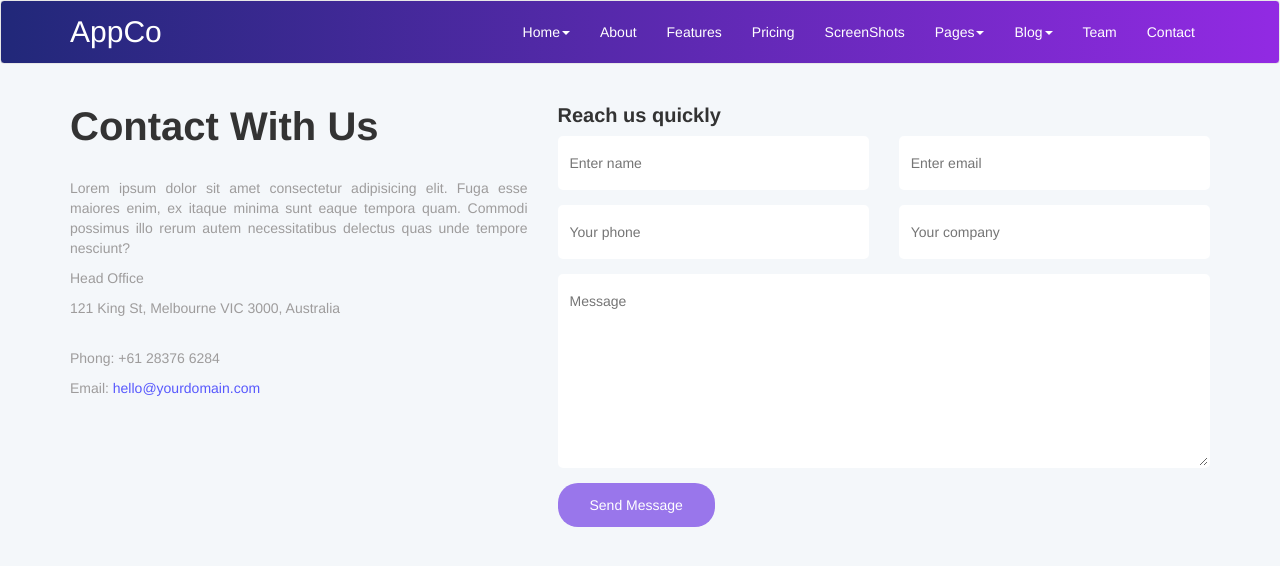
Repository: kaza1509/checkform
Page: index.html
These files come from the project's save history. The page is drawn as it stood at one moment and after the next save; the edit follows.
The browser window is 1280 px wide. The pictures show the whole page.

Above is the page before, as saved 2021-12-08 19:32:31.

### index.html
<!DOCTYPE html>
<html lang="en">
<head>
    <meta charset="UTF-8">
    <meta http-equiv="X-UA-Compatible" content="IE=edge">
    <meta name="viewport" content="width=device-width, initial-scale=1.0">
    <link rel="stylesheet" href="main.css">

    <link rel="shortcut icon" href="https://github.githubassets.com/pinned-octocat.svg" type="image/x-icon">

    <link rel="stylesheet" href="https://maxcdn.bootstrapcdn.com/bootstrap/3.3.7/css/bootstrap.min.css" integrity="sha384-BVYiiSIFeK1dGmJRAkycuHAHRg32OmUcww7on3RYdg4Va+PmSTsz/K68vbdEjh4u" crossorigin="anonymous">

    <link href="//fonts.googleapis.com/css?family=Roboto:300,400,700&subset=vietnamese" rel="stylesheet">

    <title>AppCo</title>
</head>
<body>

    <nav class="navbar navbar-default header">
        <div class="container" id="modi">
          <!-- Brand and toggle get grouped for better mobile display -->
          <div class="navbar-header">
            <button type="button" class="navbar-toggle collapsed" data-toggle="collapse" data-target="#bs-example-navbar-collapse-1" aria-expanded="false">
              <span class="sr-only">Toggle navigation</span>
              <span class="icon-bar"></span>
              <span class="icon-bar"></span>
              <span class="icon-bar"></span>
            </button>
            <a class="navbar-brand" id="logo" href="#">AppCo</a>
          </div>

          <!-- Collect the nav links, forms, and other content for toggling -->
          <div class="collapse navbar-collapse" id="bs-example-navbar-collapse-1">
            <ul class="nav navbar-nav navbar-right">
              <li class="dropdown">
                <a href="#" class="dropdown-toggle" data-toggle="dropdown" role="button" aria-haspopup="true" aria-expanded="false">Home<span class="caret"></span></a>
                <ul class="dropdown-menu">
                  <li><a href="#">Action</a></li>
                  <li><a href="#">Another action</a></li>
                  <li><a href="#">Something else here</a></li>
                  <li role="separator" class="divider"></li>
                  <li><a href="#">Separated link</a></li>
                </ul>
              </li>

              <li ><a href="#">About</a></li>
              <li><a href="#">Features</a></li>
              <li><a href="#">Pricing</a></li>
              <li><a href="#">ScreenShots</a></li>

              <li class="dropdown">
                <a href="#" class="dropdown-toggle" data-toggle="dropdown" role="button" aria-haspopup="true" aria-expanded="false">Pages<span class="caret"></span></a>
                <ul class="dropdown-menu">
                  <li><a href="#">Action</a></li>
                  <li><a href="#">Another action</a></li>
                  <li><a href="#">Something else here</a></li>
                  <li role="separator" class="divider"></li>
                  <li><a href="#">Separated link</a></li>
                </ul>
              </li>

              <li class="dropdown">
                <a href="#" class="dropdown-toggle" data-toggle="dropdown" role="button" aria-haspopup="true" aria-expanded="false">Blog<span class="caret"></span></a>
                <ul class="dropdown-menu">
                  <li><a href="#">Action</a></li>
                  <li><a href="#">Another action</a></li>
                  <li><a href="#">Something else here</a></li>
                  <li role="separator" class="divider"></li>
                  <li><a href="#">Separated link</a></li>
                </ul>
              </li>

              <li><a href="#">Team</a></li>
              <li><a href="#">Contact</a></li>

            </ul>
          </div><!-- /.navbar-collapse -->
        </div><!-- /.container-fluid -->
    </nav>

    <div class="container content">
        <div class="row">
            <div class="col-sm-5">
                <h1>Contact With Us</h1>
                <br>
                <p>Lorem ipsum dolor sit amet consectetur adipisicing elit. Fuga esse maiores enim, ex itaque minima sunt eaque tempora quam. Commodi possimus illo rerum autem necessitatibus delectus quas unde tempore nesciunt?</p>
                <p>Head Office</p>
                <p>121 King St, Melbourne VIC 3000, Australia</p>
                <br>
                <p>Phong: +61 28376 6284</p>
                <p>
                    <span>Email: </span>
                    <span style="color: rgba(0, 0, 255, 0.644);">hello@yourdomain.com</span>
                </p>
            </div>

            <div class="col-sm-7">
                <div class="row">
                    <div class="col-sm-12">
                        <h4>Reach us quickly</h4>
                    </div>
                </div>
                <form action="">
                    <div class="row">
                        <div class="col-sm-6">
                            <input id="name" type="text" placeholder="Enter name">
                            <div id="inName" class="invalid">Empty name</div>
                        </div>
                        <div class="col-sm-6">
                            <input id="email" type="email" placeholder="Enter email">
                            <div id="inEmail" class="invalid">Empty email</div>
                        </div>
                    </div>

                    <div class="row">
                        <div class="col-sm-6">
                            <input id="phone" type="text" placeholder="Your phone">
                            <div id="inPhone" class="invalid">Empty phone</div>
                        </div>
                        <div class="col-sm-6">
                            <input id="company" type="text" placeholder="Your company">
                            <div id="inCompany" class="invalid">Empty company</div>
                        </div>
                    </div>

                    <div class="row">
                        <div class="col-sm-12">
                            <textarea id="message" name="" id="" cols="70" rows="8" placeholder="Message"></textarea>

                            <div class=" invalid" id="inTextarea">Empty Message</div>
                        </div>
                    </div>
                    <div class="row">
                        <div class="col-sm-12">
                            <button id="button">Send Message</button>

                            <div class="alert alert-success" id="noti" role="alert">
                                <h4 class="alert-heading">Well done!</h4>
                                <p>Aww yeah, you successfully read this important alert message. This example text is going to run a bit longer so that you can see how spacing within an alert works with this kind of content.</p>
                                <hr>
                                <p class="mb-0">Whenever you need to, be sure to use margin utilities to keep things nice and tidy.</p>
                            </div>

                        </div>
                    </div>
                </form>
            </div>
        </div>
    </div>

</body>

<!-- <script src="https://maxcdn.bootstrapcdn.com/bootstrap/3.3.7/js/bootstrap.min.js" integrity="sha384-Tc5IQib027qvyjSMfHjOMaLkfuWVxZxUPnCJA7l2mCWNIpG9mGCD8wGNIcPD7Txa" crossorigin="anonymous"></script> -->

<script src="./main.js"></script>
</html>

### main.css
* {
    padding: 0;
    margin: 0;
    box-sizing: border-box;
}

:root {
    --height-header: 70px
}

body {
    font-family: Roboto, sans-serif;
    background-color: #F4F7FA!important;
}

.header {
    padding: 6px 0;
    background-image: linear-gradient(90deg, #212879, #922AE3);
}

#modi a {
    display: inline-block;
    color: #fff;
}

#logo {
    font-size: 30px;
}

.content h1 {
    font-weight: bold;
    font-size: 40px;
}

.content p, .content span {
    color: rgb(158, 156, 156);
    text-align: justify;
}

.content h4 {
    font-size: 20px;
    font-weight: bold;
    padding-top: 10px;
}

.content input, .content textarea {
    width: 100%;
    padding: 15px 10px;
    outline: none;
    border: 2px solid transparent;
    font-size: 14px;
    background-color: #fff;
    /* margin-bottom: 15px; */
    border-radius: 5px;
}

.invalid {
    margin-top: 4px;
    color: red;
    display: none;
}

#phone, #company, .content textarea {
    margin-top: 15px;
}

.content button {
    color: #fff;
    background: #9976EB;
    border-radius: 20px;
    padding: 10px 30px;
    margin-top: 10px;
    border: 2px solid transparent;
    outline: none;
}

.content input:focus {
    border: 2px solid #9976EB;
}

.content button:hover {
    border: 2px solid #9976EB;
    background-color: transparent;
    color: rgb(170, 170, 170);
}

@media screen and (max-width: 768px) {
    #email {
        margin-top: 10px;
    }
    #button {
        width: 100%;
        margin-bottom: 100px;
    }
}

#noti {
    margin-top: 15px;
    display: none;
}

### main.js
let button = document.getElementById('button')

let inName = document.getElementById('inName')
let inEmail = document.getElementById('inEmail')
let inPhone = document.getElementById('inPhone')
let inCompany = document.getElementById('inCompany')
let inTextarea = document.getElementById('inTextarea')

let name = document.getElementById('name')
let email = document.getElementById('email')
let phone = document.getElementById('phone')
let company = document.getElementById('company')
let textarea = document.getElementById('message')

let borderSucess = '2px solid green'
let borderFail =  '2px solid red'
let success = []

button.addEventListener('click', () => {

    //======== check phần input name ==========
    if(name.value == '') {
        inName.style.display = 'block'
        name.style.border = borderFail
    }
    else {
        let pattern = /^[a-zA-Z ]+$/gi
        //đúng
        if(pattern.test(name.value)) {
            //không vượt quá 32 kí tự
            if(name.value.length < 6 || name.value.length > 32) {
                name.style.border = borderFail
                inName.innerHTML = 'Name must have 6 to 32 character'
                inName.style.display = 'block'
            }
            else {
                name.style.border = borderSucess
                inName.style.display = 'none'
                success.push(0)
            }
        }
        //sai
        else {
            name.style.border = borderFail
            inName.innerHTML = 'Wrong format'
            inName.style.display = 'block'
        }
    }

    //======== check phần input email ==========

    if(email.value == '') {
        inEmail.style.display = 'block'
        email.style.border = borderFail
    }
    else {
        let pattern = /^[a-z]{1}[a-zA-Z0-9]+@([a-z]+.)+$/gi
        if(pattern.test(email.value)) {
            //không vượt quá 32 kí tự
            if(email.value.length > 32) {
                email.style.border = borderFail
                inEmail.innerHTML = 'Email not over 32 character'
                inEmail.style.display = 'block'
            }
            else {
                email.style.border = borderSucess
                inEmail.style.display = 'none'
                success.push(0)
            }
        }
        else {
            email.style.border = borderFail
            inEmail.innerHTML = 'Wrong format'
            inEmail.style.display = 'block'
        }

    }

    //======== check phần input phone ==========

    if(phone.value == '') {
        inPhone.style.display = 'block'
        phone.style.border = borderFail
    }
    else {
        let pattern = /^0[0-9]{8,9}/gi
        if(pattern.test(phone.value)) {
            phone.style.border = borderSucess
            inPhone.style.display = 'none'
            success.push(0)
        }
        else {
            phone.style.border = borderFail
            inPhone.innerHTML = 'Phone has 9 or 10 number'
            inPhone.style.display = 'block'
        }
    }

    //======== check phần input company ==========

    if(company.value == '') {
        inCompany.style.display = 'block'
        company.style.border = borderFail
    }
    else {
        let pattern = /company(_[a-zA-Z0-9]+)+$/gi
        if(pattern.test(company.value)) {
            company.style.border = borderSucess
            inCompany.style.display = 'none'
            success.push(0)
        }
        else {
            company.style.border = borderFail
            inCompany.innerHTML = 'Wrong format. It must be COMPANY_XXX'
            inCompany.style.display = 'block'
        }
    }

    //======== check phần input message ==========
    if(textarea.value == '') {
        inTextarea.style.display = 'block'
        textarea.style.border =  borderFail
    }
    else {
        inTextarea.style.display = 'none'
        textarea.style.border =  borderSucess
        success.push(0)
    }
    if(success.length == 5) {
        let noti = document.getElementById('noti')
        noti.style.display = 'block'
        //--------------------------------------

    }
})

button.addEventListener('click', (e) => {
    e.preventDefault()
})

After the next save:
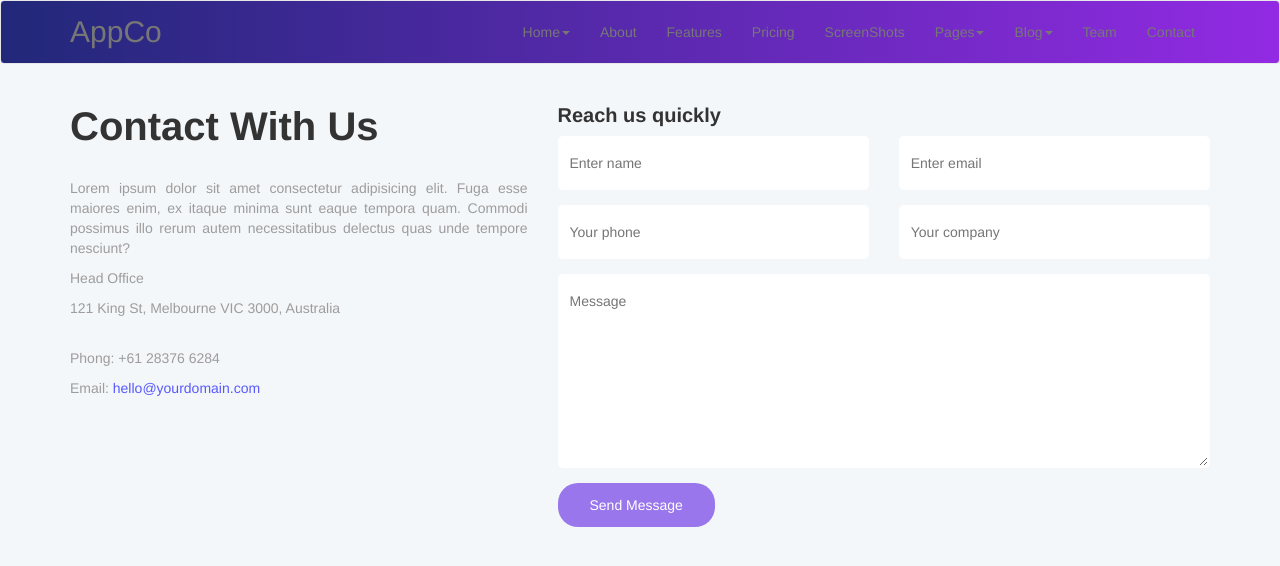
Saved 4 min 31 s later.
--- a/index.html
+++ b/index.html
@@ -17,7 +17,7 @@
 <body>
 
     <nav class="navbar navbar-default header">
-        <div class="container" id="modi">
+        <div class="container" >
           <!-- Brand and toggle get grouped for better mobile display -->
           <div class="navbar-header">
             <button type="button" class="navbar-toggle collapsed" data-toggle="collapse" data-target="#bs-example-navbar-collapse-1" aria-expanded="false">
